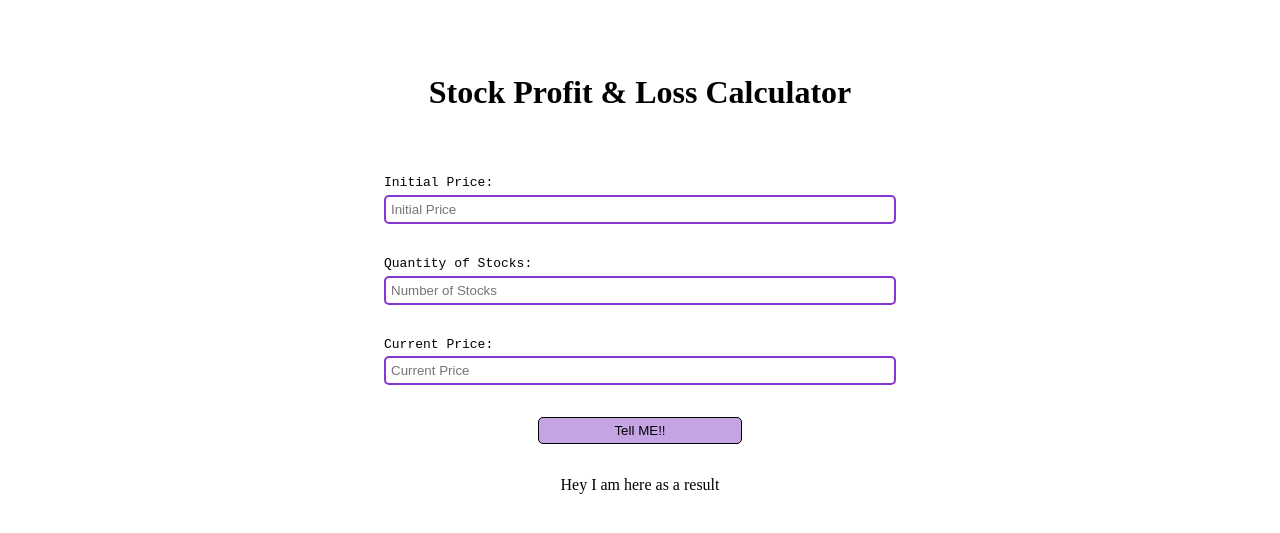
Repository: patelamancode/Stock-P-L-Calculator
Page: index.html
An editor plug-in stored every save of this project. The page is shown before and after the next save, followed by the edit.
The browser window is 1280 px wide. The pictures show the whole page.

Above is the page before, as saved 2022-11-23 18:16:10.

After the next save:
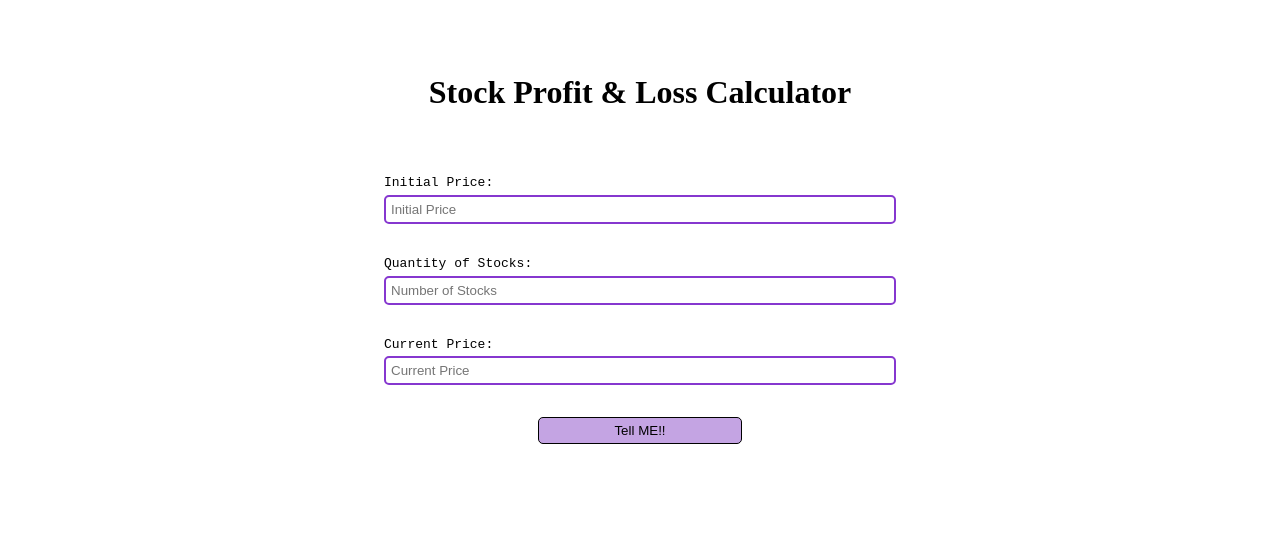
Saved 57 s later.
--- a/index.css
+++ b/index.css
@@ -40,5 +40,8 @@
   }
 
   #result-display{
+    display: none;
     margin-top: 2rem;
+    font-style: italic;
+    font-weight: 100;
   }
